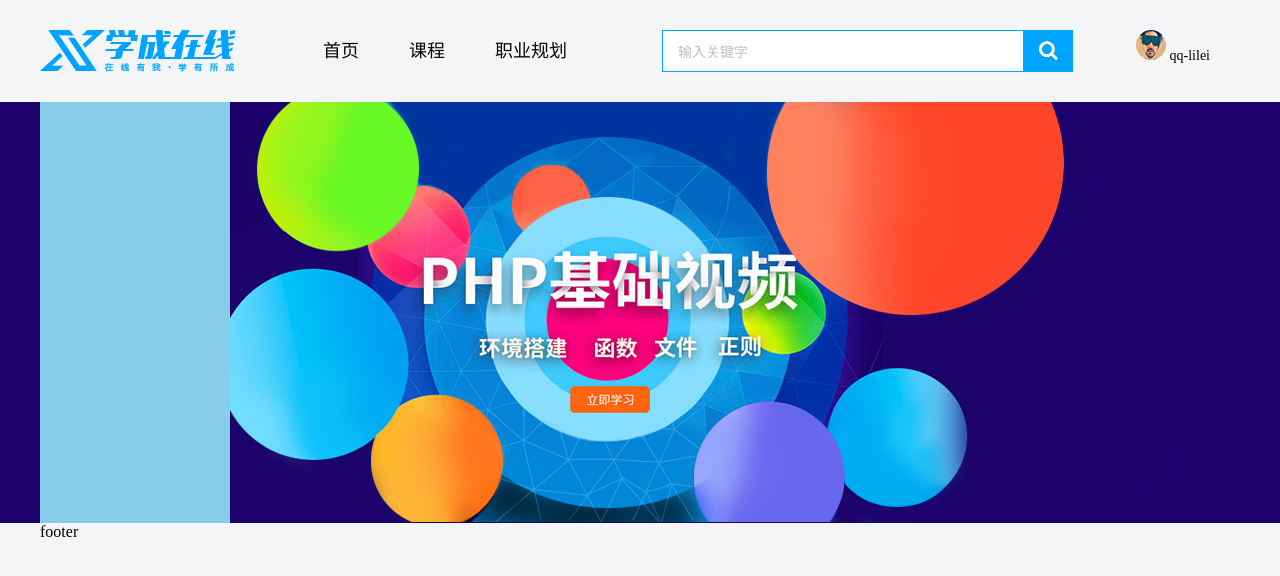
Repository: zhengdeya/web-based
Page: 39-学成在线/index.html
These files come from the project's save history. The page is drawn as it stood at one moment and after the next save; the edit follows.
The browser window is 1280 px wide. The pictures show the whole page.

Above is the page before, as saved 2021-04-14 21:44:35.

After the next save:
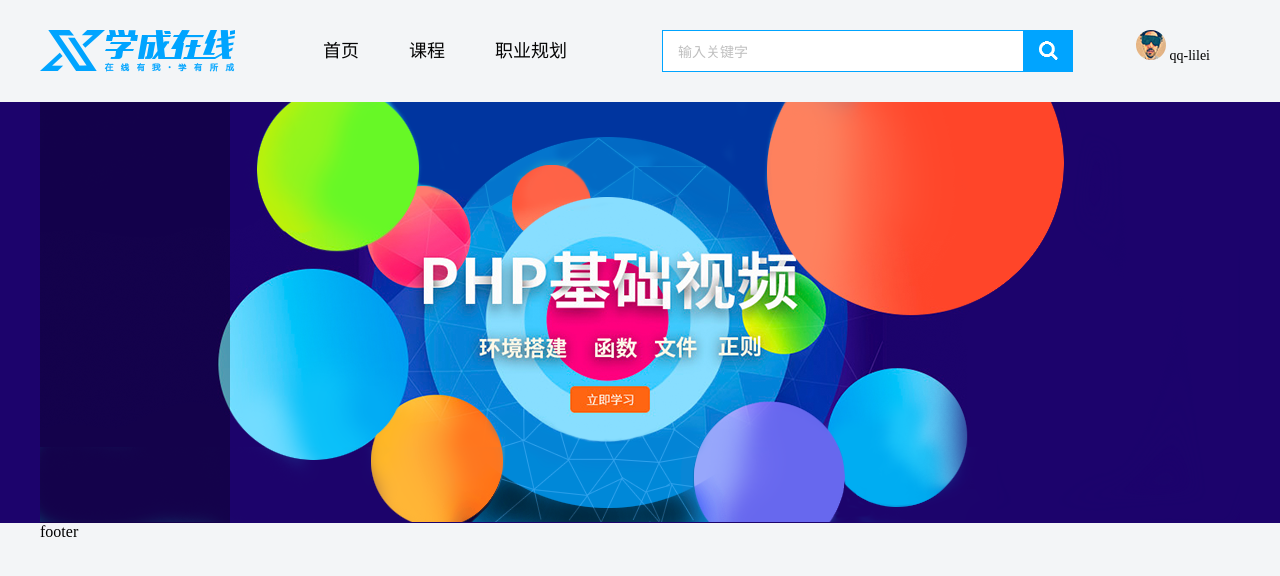
Saved 70 s later.
--- a/39-学成在线/style.css
+++ b/39-学成在线/style.css
@@ -115,6 +115,7 @@ a {
     width: 190px;
     height: 421px;
     background-color: skyblue;
+    background: rgba(0, 0, 0, .3);
 }
 
 .footer {
